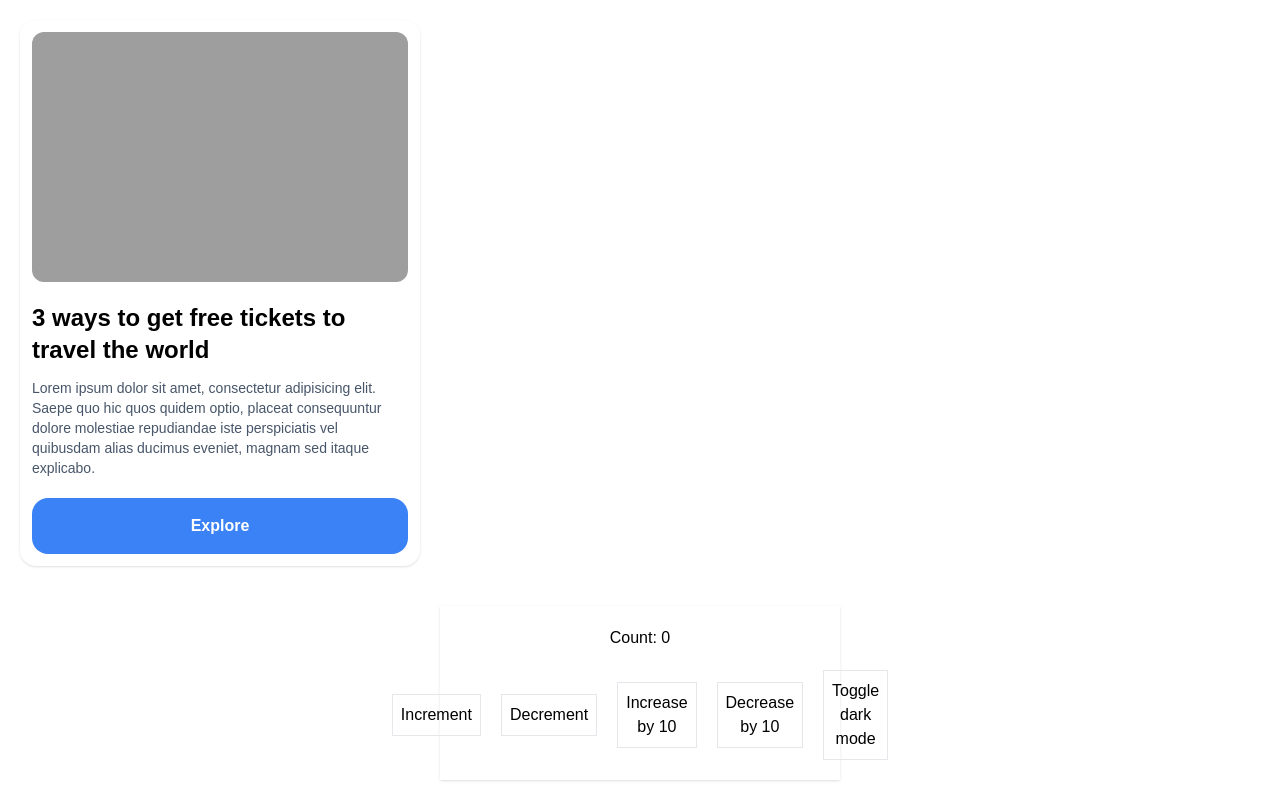
Repository: ngothiep2412/react-redux-course
Page: /
These files come from the project's save history. The page is drawn as it stood at one moment and after the next save; the edit follows.
The browser window is 1280 px wide. The pictures show the whole page.
Pictures or frames that could not be fetched are drawn as grey boxes. The project was rebuilt for these pictures with package versions that can differ from the ones it lists, and the page was loaded fresh each time. Also part of the build but not shown: src/App.css.

Above is the page before, as saved 2022-08-09 19:04:39.

After the next save:
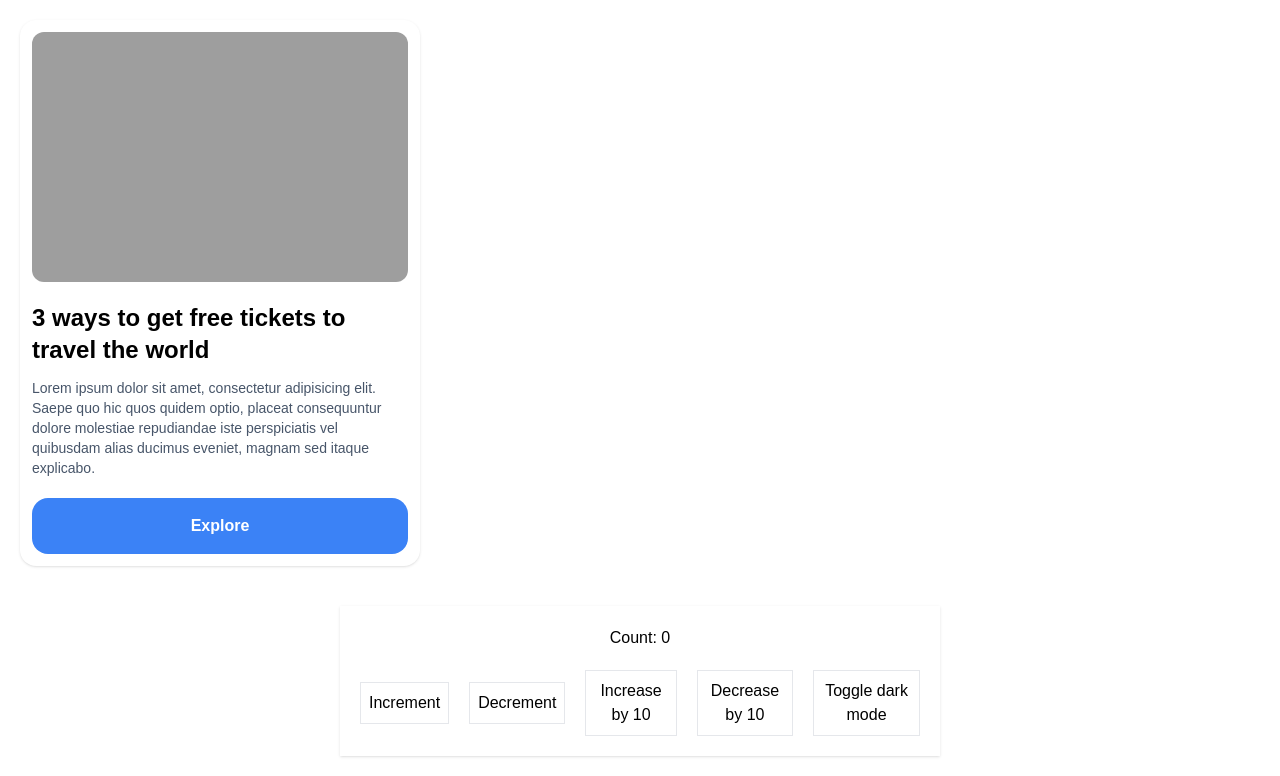
Saved 25 s later.
--- a/src/components/Counter.js
+++ b/src/components/Counter.js
@@ -25,7 +25,7 @@ const Counter = () => {
     dispatch(decrementByAmout(10));
   };
   return (
-    <div className="flex flex-col items-center p-5 bg-white shadow w-[400px] mx-auto mt-10">
+    <div className="flex flex-col items-center p-5 bg-white shadow w-[600px] mx-auto mt-10">
       <h2 className="mb-5">Count: {count}</h2>
       <div className="flex items-center justify-center gap-x-5">
         <button
